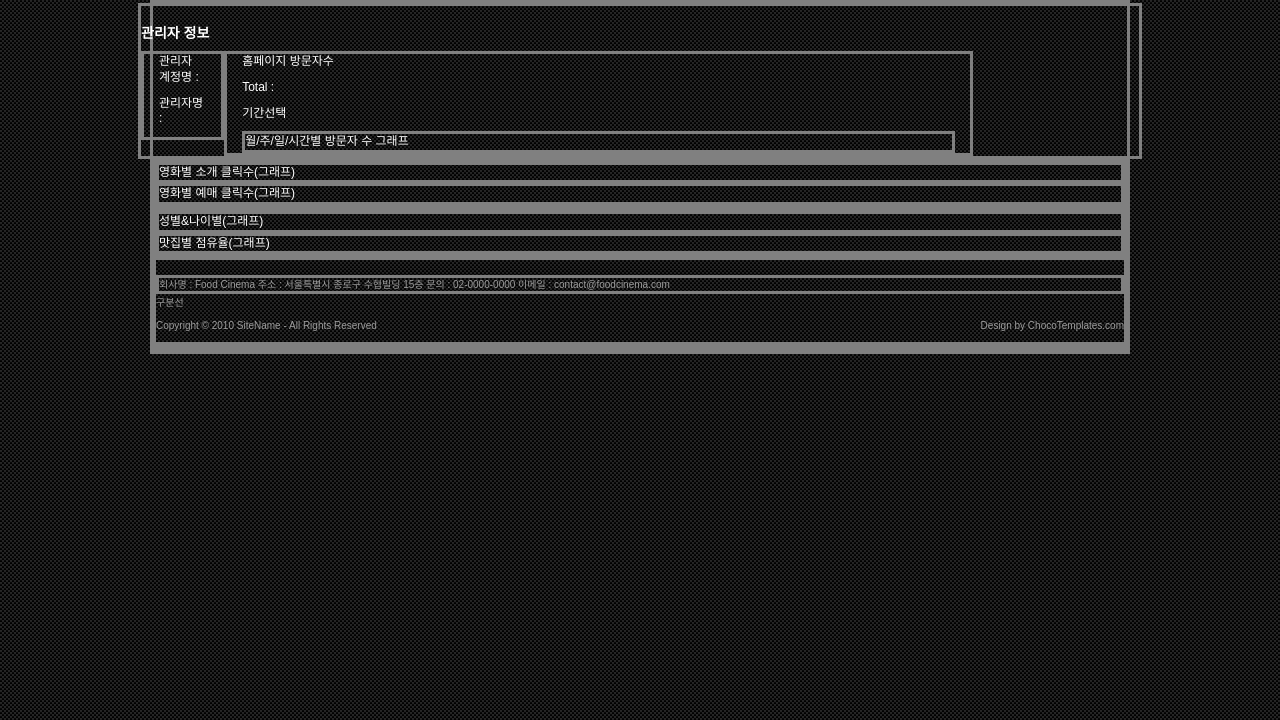
Repository: fhwang2/WEB
Page: http://localhost/FoodCinema/admin.jsp
An editor plug-in stored every save of this project. The page is shown before and after the next save, followed by the edit.
The browser window is 1280 px wide. The pictures show the whole page.
The page is served by Tomcat 9.

Above is the page before, as saved 2019-07-11 09:20:13.

### FoodCinema/WebContent/admin.jsp
<%@ page language="java" contentType="text/html; charset=UTF-8"
	pageEncoding="UTF-8"%>
<!DOCTYPE html>
<head>
<title>Food Cinema</title>
<meta http-equiv="Content-Type" content="text/html; charset=utf-8" />

<link rel="stylesheet" href="https://maxcdn.bootstrapcdn.com/bootstrap/3.4.0/css/bootstrap.min.css">
<link rel="stylesheet" href="css/style.css" type="text/css" media="all" />

<script src="https://ajax.googleapis.com/ajax/libs/jquery/3.4.1/jquery.min.js"></script>
<script	src="https://maxcdn.bootstrapcdn.com/bootstrap/3.4.0/js/bootstrap.min.js"></script>
<script type="text/javascript" src="js/jquery-1.4.2.min.js"></script>
<script type="text/javascript" src="js/jquery-func.js"></script>

<style>

.adminTotal{
	display : grid;
}
div {
	border-style: solid;
	border-color: gray;
}

</style>

</head>
<body>
	<div id="shell">
		<!-- <div id="header">
			<h1 id="logo">
				<a href="#">FoodCinema</a>
			</h1>
		</div> -->
		<div id="admin_total" class="row">
			<h3>관리자 정보</h3>
			<div id="admin_info" class="col-sm-1">

				<p class="">
					관리자 계정명 :
					<%

				%>
				</p>
				<p>
					관리자명 :
					<%

				%>
				</p>
			</div>
			<div id="totalCnt" class="col-sm-9">
				<p>홈페이지 방문자수</p>
				<p>
					Total :
					<%

				%>
				</p>
				<p>기간선택</p>
				<div id="visitor">월/주/일/시간별 방문자 수 그래프</div>
			</div>
		</div>
		<div id="movie_stat">
			<div id="movie_info_count">영화별 소개 클릭수(그래프)</div>
			<div id="movie_ing_count">영화별 예매 클릭수(그래프)</div>
		</div>
		<div id="matzip_stat">
			<div id="matzip_sex+age">성별&나이별(그래프)</div>
			<div id="matzip_share">맛집별 점유율(그래프)</div>
		</div>
		<div id="footer">
			<div id="companyInfo">
				회사명 : Food Cinema
				주소 : 서울특별시 종로구 수협빌딩 15층
				문의 : 02-0000-0000
				이메일 : contact@foodcinema.com
			</div>
			<p>구분선</p>
			<p class="lf">
				Copyright &copy; 2010 <a href="#">SiteName</a> - All Rights Reserved
			</p>
			<p class="rf">
				Design by <a href="http://chocotemplates.com/">ChocoTemplates.com</a>
			</p>
			<div style="clear: both;"></div>
		</div>
	</div>
</body>
</html>

### FoodCinema/WebContent/css/style.css
* {
	margin:0;
	padding:0;
	outline:0;
}
body {
	font-size:12px;
	line-height:1.3;
	font-family:Arial, Helvetica, Sans-Serif;
	color: white;
	background:url('images/body-bg.gif');
}
a {
	color:#e7b038;
	text-decoration:underline;
	cursor:pointer;
}
a:hover {
	text-decoration:none;
}
a img {
	border:0;
}
input, textarea, select {
	font-size:12px;
	font-family:Arial, Helvetica, sans-serif;
}
textarea {
	overflow:auto;
}
.cl {
	display:block;
	height:0;
	font-size:0;
	line-height:0;
	text-indent:-4000px;
	clear:both;
}
.notext {
	font-size:0;
	line-height:0;
	text-indent:-4000px;
}
.left, .alignleft {
	float:left;
	display:inline;
}
.right, .alignright {
	float:right;
	display:inline;
}
.text-right {
	text-align:right;
}
h2 {
	font-size:10px;
	color:#f2a223;
	font-weight:bold;
}
h3 {
	font-size:14px;
	color:#fff;
	font-weight:bold;
}
h4 {
	font-size:14px;
	color:#f3b12b;
	font-weight:bold;
}
#shell {
	width:980px;
	margin:0 auto;
}
#header {
	position:relative;
}
h1#logo {
	position:absolute;
	top:37px;
	left:0;
}
h1#logo a {
	float:left;
	width:239px;
	height:49px;
	background:url('images/logo.gif') no-repeat 0 0;
	font-size:0;
	line-height:0;
	text-indent:-4000px;
}
.social {
	float:right;
	width:160px;
	padding-top:11px;
}
.social span {
	float:left;
	display:inline;
	font-size:10px;
	color:#9f9f9f;
	line-height:16px;
	padding-right:5px;
}
.social ul {
	list-style:none;
}
.social ul li {
	float:left;
	display:inline;
	width:16px;
	padding-right:2px;
}
.social ul li a {
	float:left;
	display:inline;
	width:16px;
	height:16px;
	background:url('images/social.gif') no-repeat 0 0;
	font-size:0;
	line-height:0;
	text-indent:-4000px;
}
.social ul li a.facebook {
	background-position:-18px 0;
}
.social ul li a.vimeo {
	background-position:-36px 0;
}
.social ul li a.rss {
	background-position:-54px 0;
}
#navigation {
	float:right;
	clear:right;
	padding-top:28px;
	padding-bottom:47px;
}
#navigation ul {
	list-style:none;
}
#navigation ul li {
	float:left;
	display:inline;
	padding-left:29px;
}
#navigation ul li a {
	font-size:14px;
	font-weight:bold;
	color:#fff;
	text-decoration:none;
}
#navigation ul li a.active, #navigation ul li a:hover {
	color:#d91d2a;
}
#sub-navigation {
	display:block;
	clear:right;
	border-top:1px dashed #666;
	border-bottom:1px dashed #666;
	padding:8px 0;
}
#sub-navigation ul {
	list-style:none;
}
#sub-navigation ul li {
	float:left;
	display:inline;
	padding-right:23px;
}
#sub-navigation ul li a {
	font-size:14px;
	font-weight:bold;
	color:#fff;
	line-height:24px;
	text-decoration:none;
}
#sub-navigation ul li a:hover {
	text-decoration:underline;
}
#search {
	width:346px;
	margin:0 0 0 auto;
}
#search label {
	float:left;
	display:inline;
	font-size:14px;
	font-weight:bold;
	color:#fff;
	line-height:24px;
	padding-right:6px;
}
#search .search-field {
	width:238px;
	border:1px solid #413e3e;
	background:#000;
	color:#787878;
	padding:2px 0 2px 2px;
}
#search .search-button {
	font-size:14px;
	font-weight:bold;
	border:0;
	background:none;
	color:#fff;
	cursor:pointer;
}
#main {
	border-bottom:1px dashed #413e3e;
}
#content {
}
.box {
	width:980px;
	border-bottom:1px dashed #413e3e;
	padding-bottom:21px;
}
.box .head {
	width:980px;
	padding-top:14px;
	padding-bottom:11px;
}
.box .head h2 {
	float:left;
	display:inline;
}
.box .movie {
	width:152px;
	float:left;
	padding-right:12px;
}
.movie-image {
	float:left;
	width:152px;
	height:214px;
	position:relative;
}
.movie-image img {
	width:152px;
	height:214px;
}
.movie-image a {
	float:left;
	display:inline;
	width:152px;
	height:214px;
	position:relative;
	z-index:2;
}
.play {
	position:absolute;
	top:0;
	left:0;
	width:152px;
	height:214px;
	background:url('images/image-hover.png');
	display:block;
	z-index:5;
	cursor:pointer;
	display:none;
}
.movie span.name {
	font-weight:bold;
	color:#fff;
	font-size:14px;
	text-align:center;
	padding-top:160px;
	display:block;
}
.box .last {
	padding:0;
}
.rating {
	float:left;
	width:152px;
	padding-top:8px;
}
.rating p {
	float:left;
	font-size:10px;
	color:#fff;
	font-weight:bold;
}
.rating .stars {
	float:left;
	width:60px;
	height:11px;
	background:url('images/stars.gif') no-repeat 0 0;
	margin-left:2px;
}
.rating .stars-in {
	width:48px;
	display:inline;
	background:url('images/stars.gif') no-repeat 0 bottom;
	position:absolute;
	height:11px;
	font-size:0;
	line-height:0;
	text-indent:-4000px;
}
.comments {
	background:url('images/comments.gif') no-repeat 0 center;
	padding-left:12px;
	float:right;
}
#news {
	width:460px;
	float:left;
}
#news .head {
	width:460px;
	padding-top:11px;
	padding-bottom:14px;
}
#news h3, #coming h3 {
	float:left;
}
#coming {
	width:490px;
	float:left;
	padding-left:30px;
}
#coming .head {
	width:490px;
	padding-top:11px;
	padding-bottom:14px;
}
#coming .head strong {
	color:#ff361a;
}
#coming .content {
	min-height:130px;
	height:auto !important;
	height:130px;
	padding-bottom:20px;
}
#coming .content h4 {
	padding-bottom:3px;
}
.content {
	padding-bottom:28px;
}
.content .date {
	font-size:10px;
	color:#fff;
}
.content img {
	float:left;
	width:68px;
	padding-right:8px;
}
.content p {
	font-size:13px;
	color:#fff;
	line-height:16px;
}
.content a {
	font-size:11px;
}
#footer {
	padding:15px 0 0 0;
	font-size:10px;
}
#footer, #footer a {
	color:#9c9c9c;
	text-decoration:none;
}
#footer a:hover {
	text-decoration:none;
}
#footer p {
	margin:0;
	padding:0 0 11px 0;
	line-height:normal;
	white-space:nowrap;
}
#footer .lf {
	float:left;
}
#footer .rf {
	float:right;
}

Loaded but not shown: FoodCinema/WebContent/js/jquery-1.4.2.min.js (library); FoodCinema/WebContent/js/jquery-func.js (common file)

After the next save:
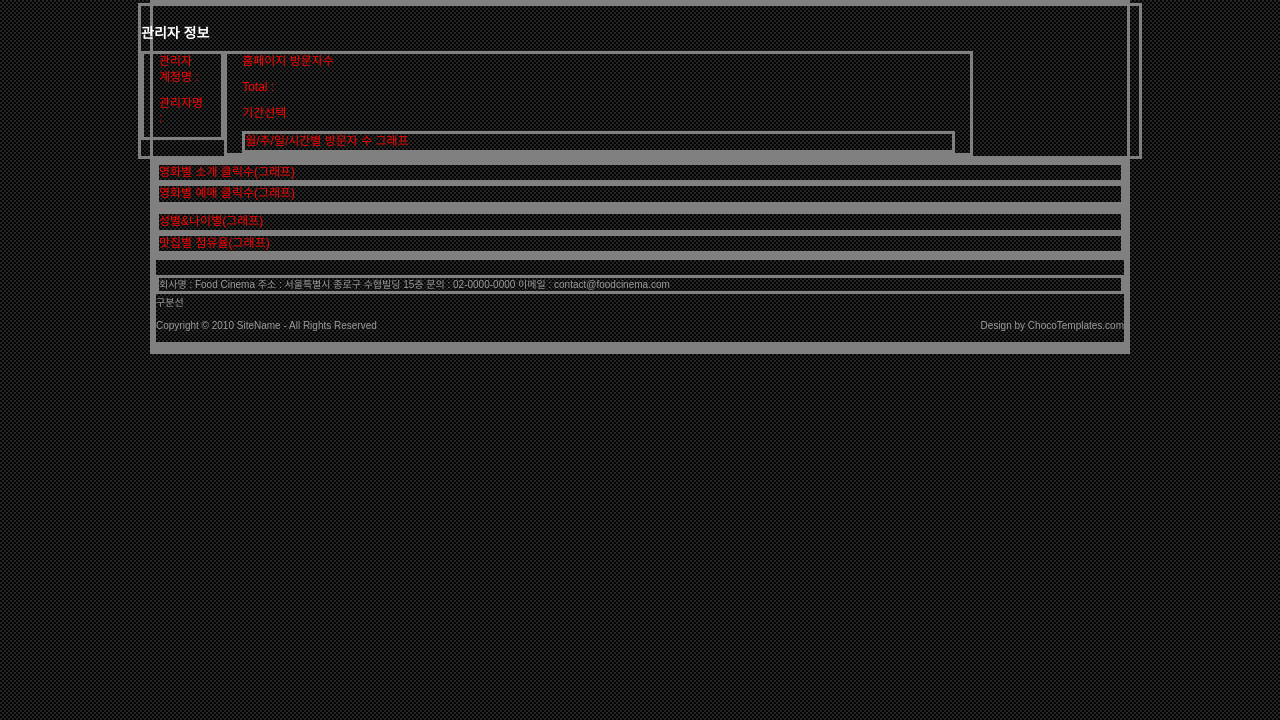
Saved 29 s later.
--- a/FoodCinema/WebContent/css/style.css
+++ b/FoodCinema/WebContent/css/style.css
@@ -7,7 +7,7 @@ body {
 	font-size:12px;
 	line-height:1.3;
 	font-family:Arial, Helvetica, Sans-Serif;
-	color: white;
+	color: red;
 	background:url('images/body-bg.gif');
 }
 a {
